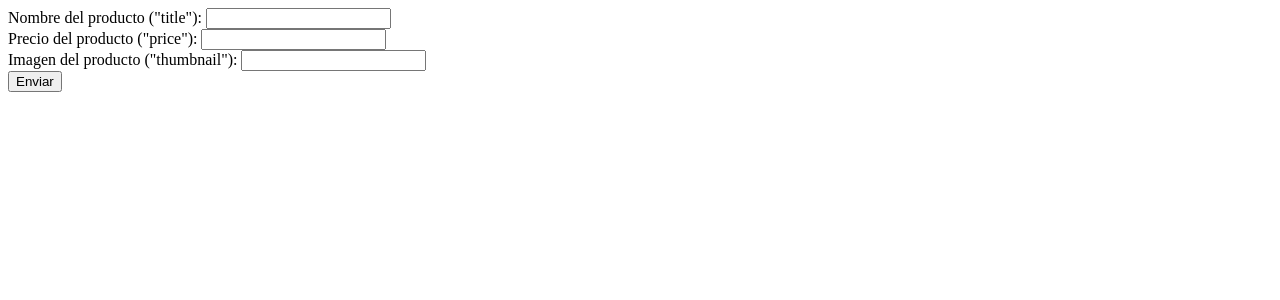
Repository: gadiazsaavedra/CoderHouseDesafio4
Page: public/index.html
The author's editor kept a copy of each file at every save. The page is drawn from the files as they stood at one save, then again after the next save.
The browser window is 1280 px wide. The pictures show the whole page.

Above is the page before, as saved 2022-06-19 15:01:31.

After the next save:
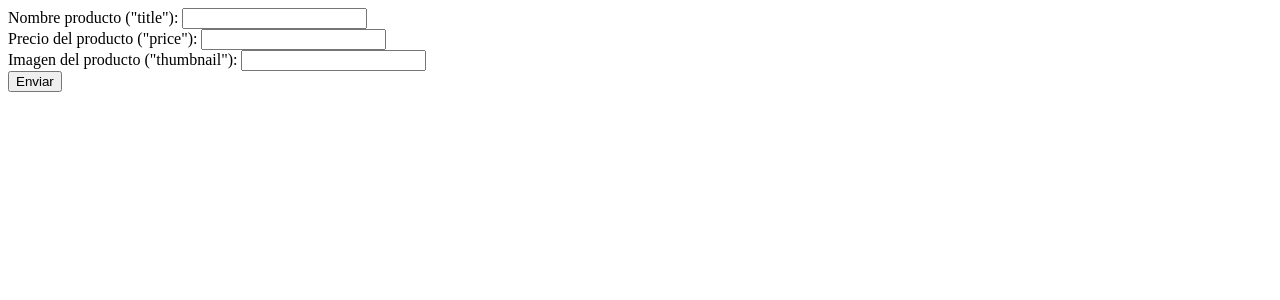
Saved 13 min 0 s later.
--- a/public/index.html
+++ b/public/index.html
@@ -9,7 +9,7 @@
 <body>
     <form id="form" action="/api/productos" method="POST" enctype="application/x-www-form-urlencoded">
         <div>
-            <label for="title">Nombre del producto ("title"):</label>
+            <label for="title">Nombre producto ("title"):</label>
             <input id="title" type="text" name="title"/>
         </div>
         <div>
